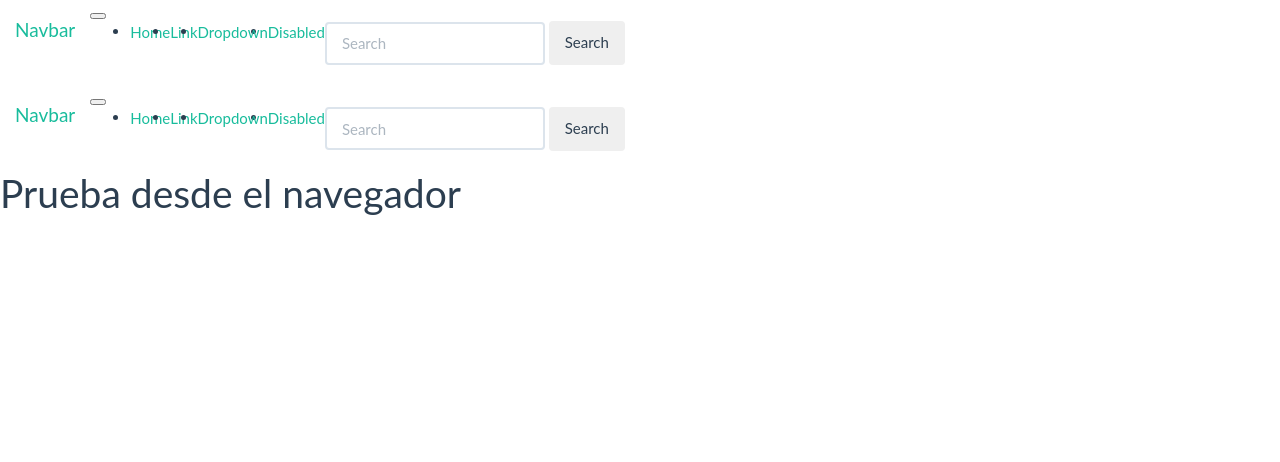
Repository: ixchelmorneo/PruebasUnitarias
Page: http://localhost/home
These files come from the project's save history. The page is drawn as it stood at one moment and after the next save; the edit follows.
The browser window is 1280 px wide. The pictures show the whole page.
The page is this project's Thymeleaf template; nobody is signed in. The template is opened directly, without the code that normally fills it, so the values that code supplies are empty.

Above is the page before, as saved 2020-11-26 08:19:55.

### tiendaDeportiva/src/main/resources/templates/home.html
<!DOCTYPE html>
<html xmlns:th="http://www.thymeleaf.org">
<head th:replace="plantilla/template :: header">
<meta charset="UTF-8">
<title>Insert title here</title>
</head>
<body>

<header th:replace="plantilla/template :: header"></header>

<h1>Prueba desde el navegador</h1>

<footer threplace="plantilla/template :: footer"></footer>
</body>
</html>

### tiendaDeportiva/src/main/resources/templates/plantilla/template.html
<!DOCTYPE html>
<html xmlns:th="http://www.thymeleaf.org">
<head th:fragment="header">
<meta charset="UTF-8">
<title>Usuario</title>
<link rel="stylesheet" th:href="@{/css/bootstrap.min.css}">

</head>
<body>
	<!-- BARRA DE NAVEGACION -->

	<header th:fragment="header">

		<nav class="navbar navbar-expand-lg navbar-light bg-light">
			<a class="navbar-brand" href="#">Navbar</a>
			<button class="navbar-toggler" type="button" data-toggle="collapse"
				data-target="#navbarSupportedContent"
				aria-controls="navbarSupportedContent" aria-expanded="false"
				aria-label="Toggle navigation">
				<span class="navbar-toggler-icon"></span>
			</button>

			<div class="collapse navbar-collapse" id="navbarSupportedContent">
				<ul class="navbar-nav mr-auto">
					<li class="nav-item active"><a class="nav-link" href="#">Home
							<span class="sr-only">(current)</span>
					</a></li>
					<li class="nav-item"><a class="nav-link" href="#">Link</a></li>
					<li class="nav-item dropdown"><a
						class="nav-link dropdown-toggle" href="#" id="navbarDropdown"
						role="button" data-toggle="dropdown" aria-haspopup="true"
						aria-expanded="false"> Dropdown </a>
						<div class="dropdown-menu" aria-labelledby="navbarDropdown">
							<a class="dropdown-item" href="#">Action</a> <a
								class="dropdown-item" href="#">Another action</a>
							<div class="dropdown-divider"></div>
							<a class="dropdown-item" href="#">Something else here</a>
						</div></li>
					<li class="nav-item"><a class="nav-link disabled" href="#"
						tabindex="-1" aria-disabled="true">Disabled</a></li>
				</ul>
				<form class="form-inline my-2 my-lg-0">
					<input class="form-control mr-sm-2" type="search"
						placeholder="Search" aria-label="Search">
					<button class="btn btn-outline-success my-2 my-sm-0" type="submit">Search</button>
				</form>
			</div>
		</nav>




	</header>


	<!-- CONTENIDO -->

	<div class="container"></div>


	<!-- PIE DE PAGINA -->
	<footer th:fragment="footer">

		<div class="container">
			<p>Tienda Deportiva</p>

		</div>

		<script type="text/javascript"
			th:src="@{/js/jquery-3.5.1.slim.min.js}"></script>
		<script type="text/javascript" th:src="@{/js/popper.min.js}"></script>
		<script type="text/javascript" th:src="@{/js/bootstrap.min.js}"></script>

	</footer>



</body>
</html>

Loaded but not shown: tiendaDeportiva/src/main/resources/static/css/bootstrap.min.css (library)

After the next save:
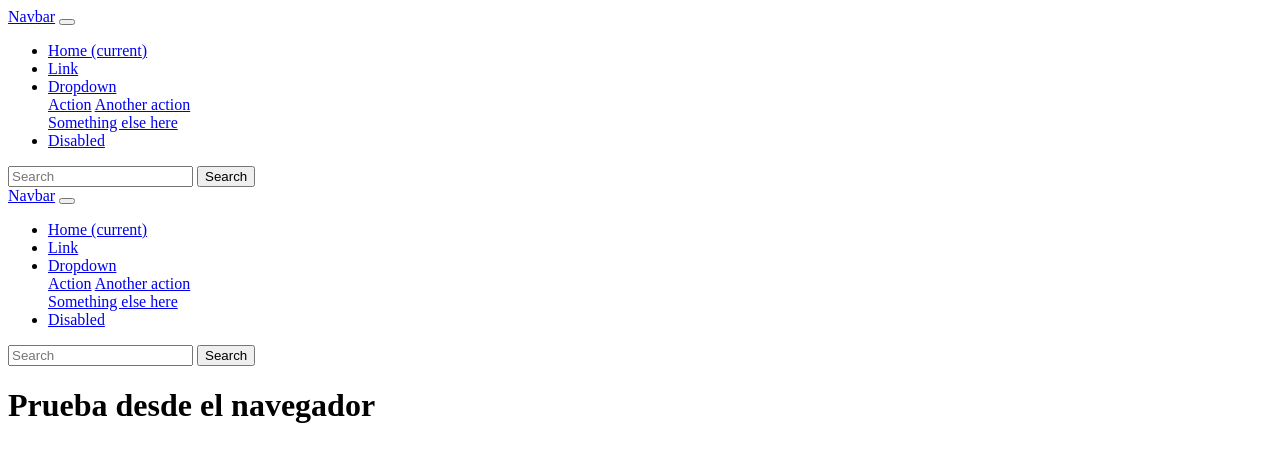
Saved 102 s later.
--- a/tiendaDeportiva/src/main/resources/templates/plantilla/template.html
+++ b/tiendaDeportiva/src/main/resources/templates/plantilla/template.html
@@ -1,6 +1,6 @@
 <!DOCTYPE html>
 <html xmlns:th="http://www.thymeleaf.org">
-<head th:fragment="header">
+<head th:fragment="head">
 <meta charset="UTF-8">
 <title>Usuario</title>
 <link rel="stylesheet" th:href="@{/css/bootstrap.min.css}">
